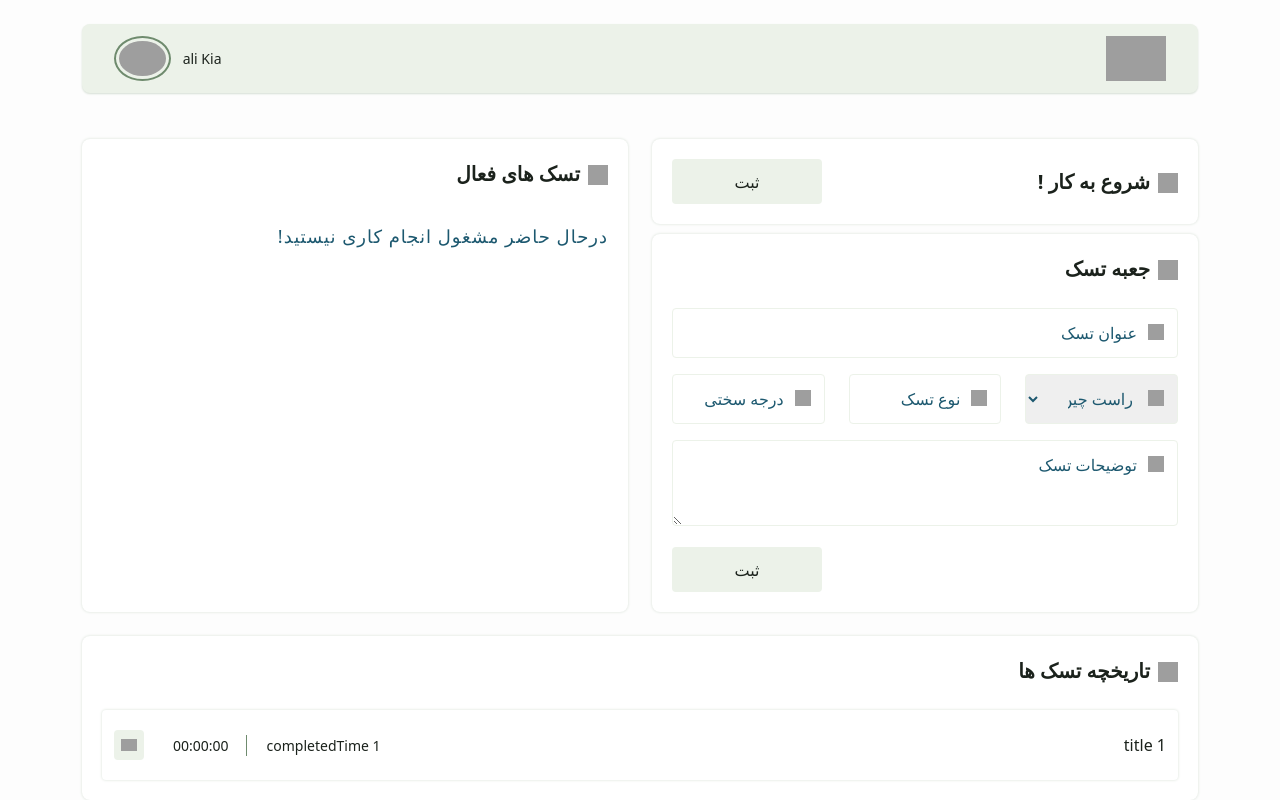
Repository: alirezvanikia/dynamic-form
Page: /
These files come from the project's save history. The page is drawn as it stood at one moment and after the next save; the edit follows.
The browser window is 1280 px wide. The pictures show the whole page.
Pictures or frames that could not be fetched are drawn as grey boxes. The project was rebuilt for these pictures with package versions that can differ from the ones it lists, and the page was loaded fresh each time. Also part of the build but not shown: vite.config.js, src/components/taskModal.vue.

Above is the page before, as saved 2024-11-09 21:21:38.

After the next save:
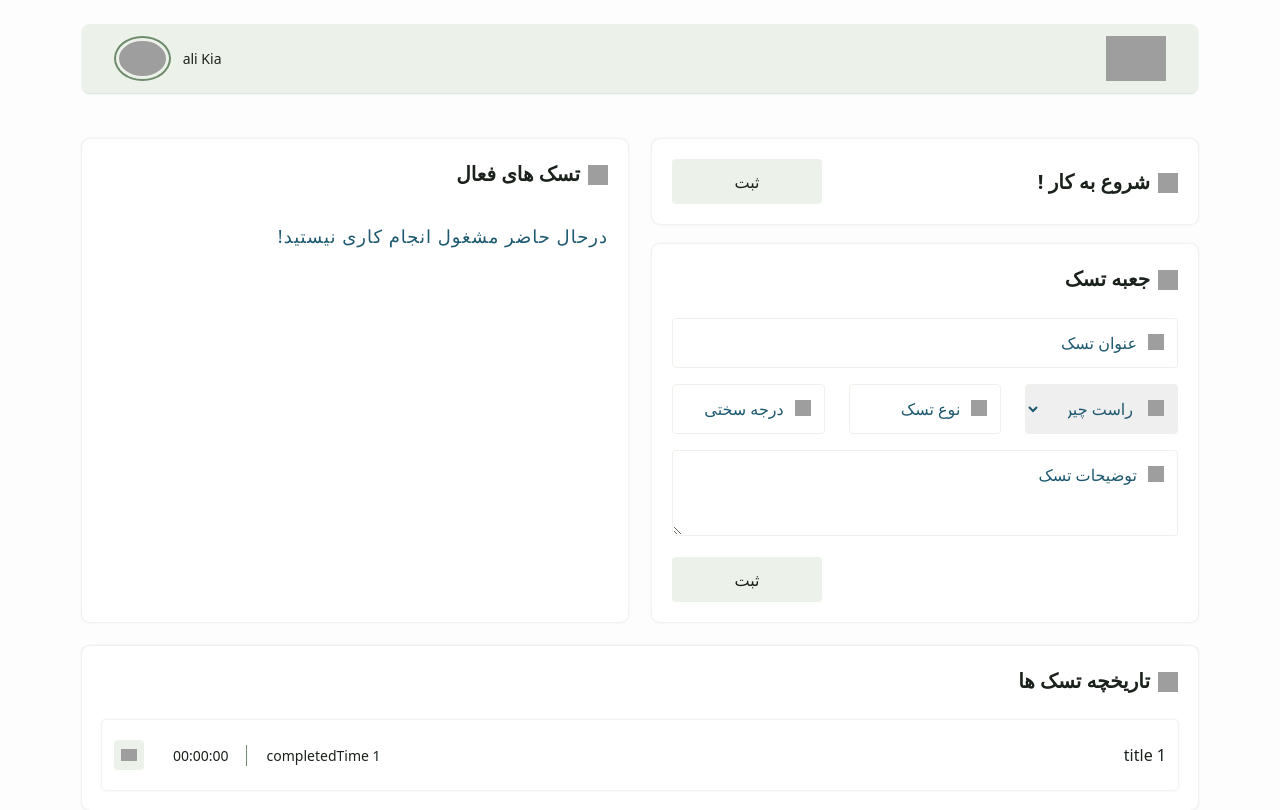
Saved 16 s later.
--- a/src/assets/app.scss
+++ b/src/assets/app.scss
@@ -119,7 +119,7 @@ body {
 
         &__attendance-time {
             height: auto;
-            margin-bottom: 10px;
+            margin-bottom: 20px;
             display: flex;
             align-items: center;
             justify-content: space-between;
